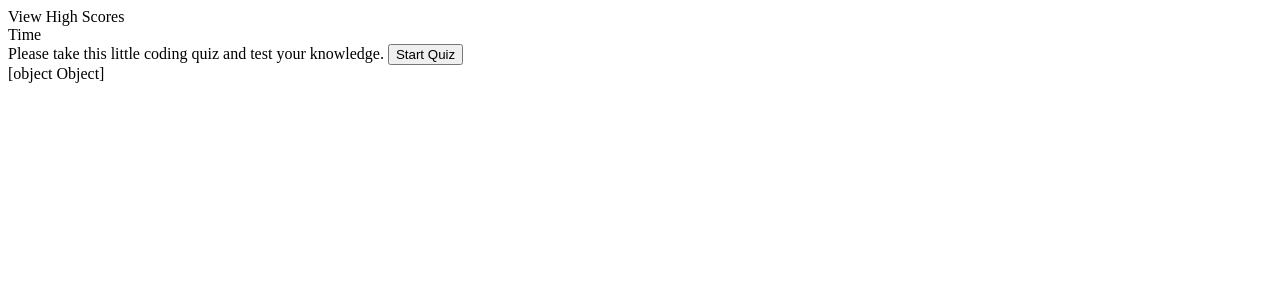
Repository: Naomilounsbury/code-quiz
Page: index.html
An editor plug-in stored every save of this project. The page is shown before and after the next save, followed by the edit.
The browser window is 1280 px wide. The pictures show the whole page.
After loading, the first visible `button` was clicked once.

Above is the page before, as saved 2021-11-27 11:13:20.

After the next save:
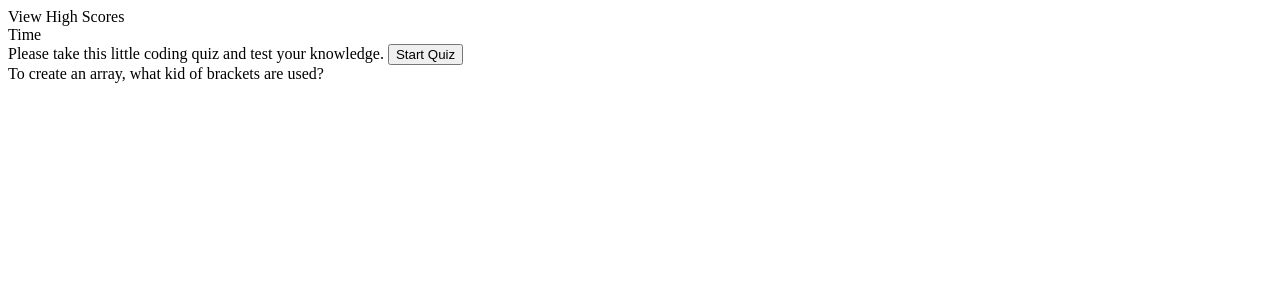
Saved 49 s later.
--- a/assets/js/script.js
+++ b/assets/js/script.js
@@ -4,7 +4,7 @@ var onStartQuiz = function(){
     //when the quiz starts it grabs the first object in the array
     var currentQuestion = questions[0];
     //its going into the html and taking the div clas question and setting the value equal to the current question
-    document.getElementById("question").innerText = currentQuestion
+    document.getElementById("question").innerText = currentQuestion.question
 
 
    console.log("hello")
